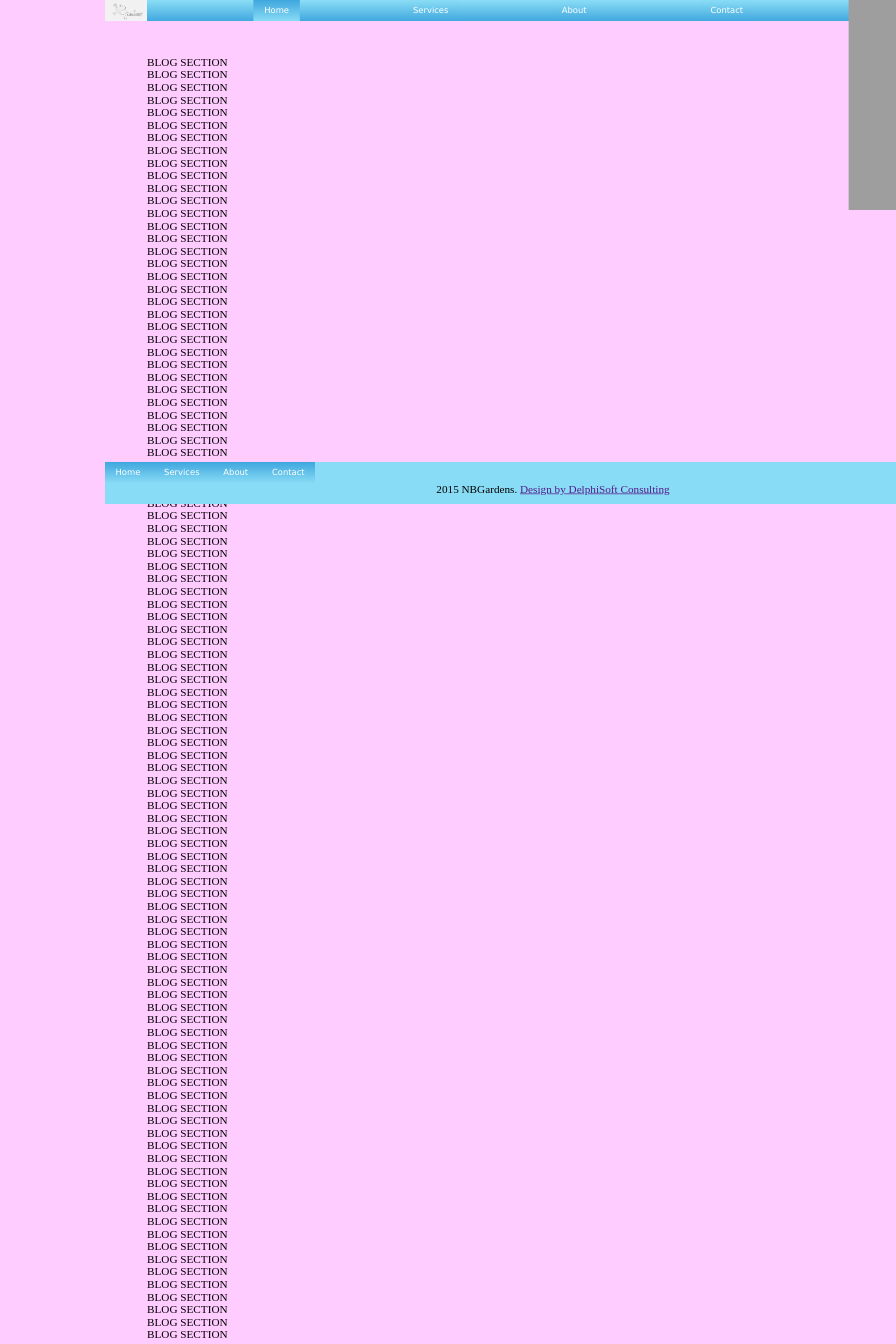
Repository: GAndrews13/BlueGardens
Page: BlueGardensEESystem/src/main/webapp/templates/template.html
The author's editor kept a copy of each file at every save. The page is drawn from the files as they stood at one save, then again after the next save.
The browser window is 1280 px wide. The pictures show the part of the page from y = 0 to 1920 px (the page is 2912 px tall), at 70% of full size.
Pictures or frames that could not be fetched are drawn as grey boxes.

Above is the page before, as saved 2015-07-21 14:03:45.

After the next save:
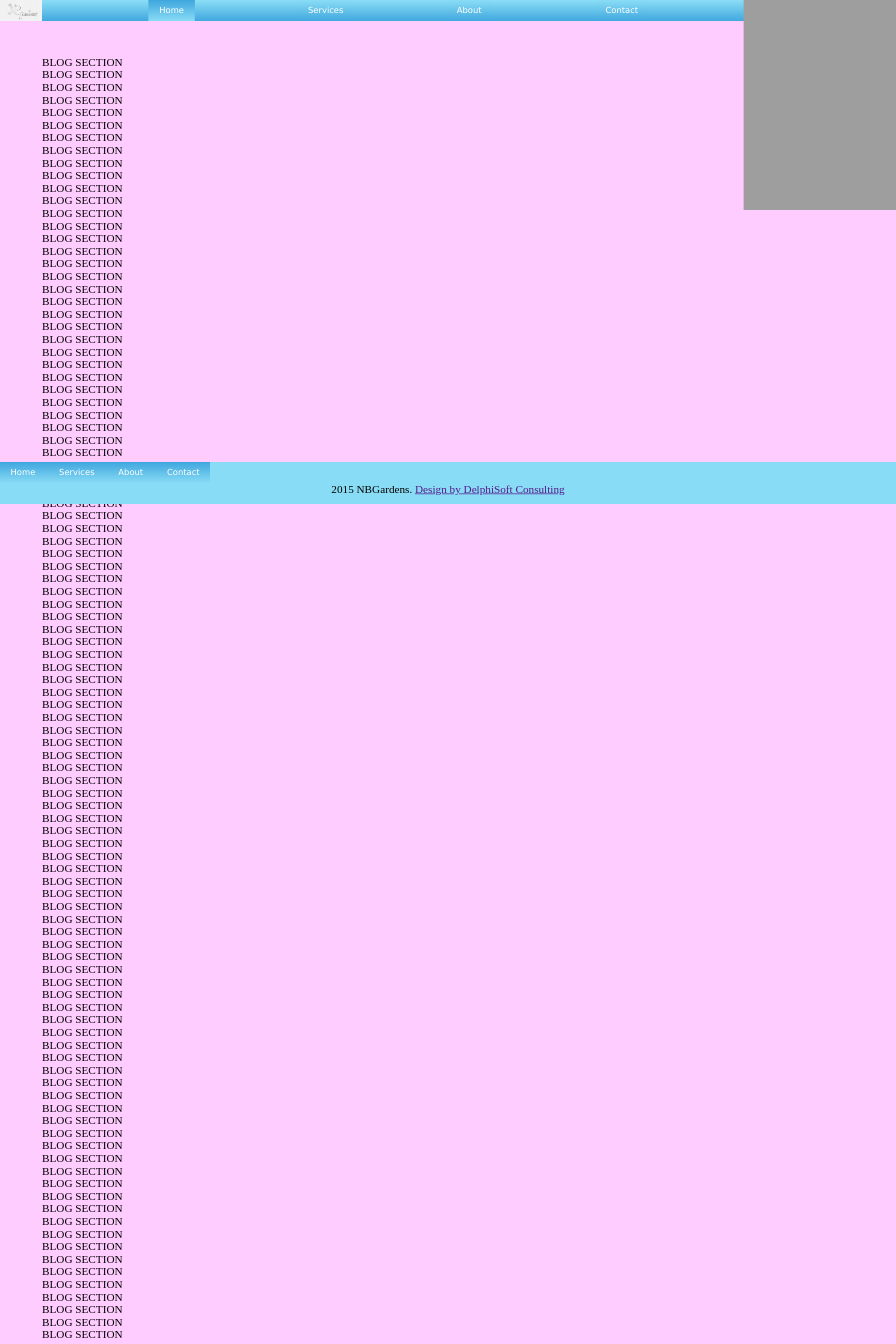
Saved 47 s later.
--- a/BlueGardensEESystem/src/main/webapp/style.css
+++ b/BlueGardensEESystem/src/main/webapp/style.css
@@ -72,7 +72,7 @@ body{
 		background-color: #ffccff;
 		margin-top: 20px;
 		margin-bottom:20px;
-		margin-left: 150px;
+		/*margin-left: 150px;*/
 		margin-right: 150px;
 		white-space: nowrap;
 	}
